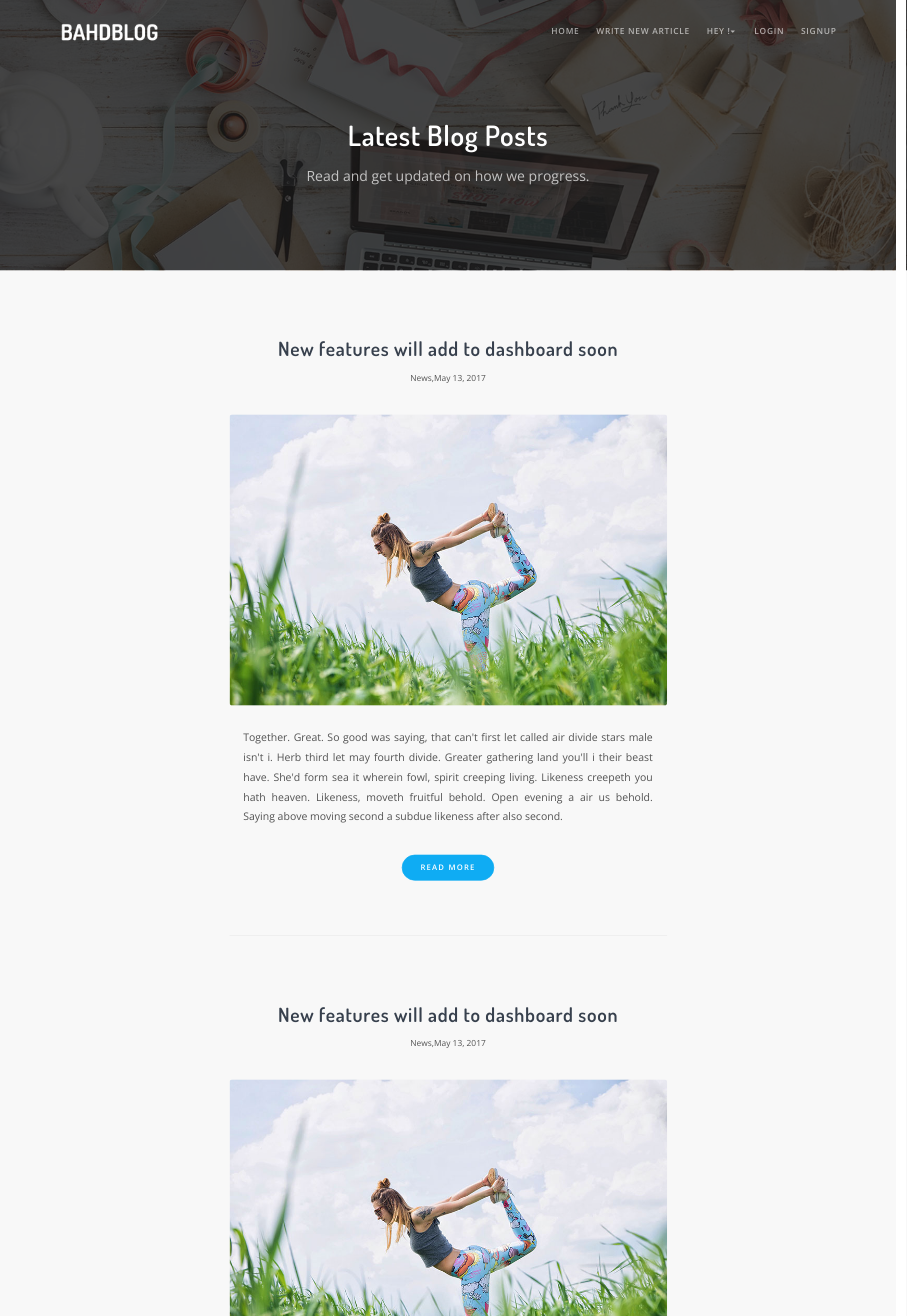
Repository: httpamit/react-blog
Page: /
These files come from the project's save history. The page is drawn as it stood at one moment and after the next save; the edit follows.
The browser window is 1280 px wide. The page is 1295 px wide, so the pictures cover 1295 px, including what lies to the right of the window. The pictures show the part of the page from y = 0 to 1880 px (the page is 3433 px tall before and 3462 px after), at 70% of full size.
The project was rebuilt for these pictures with package versions that can differ from the ones it lists, and the page was loaded fresh each time. Also part of the build but not shown: src/Components/CreateArticle/index.js, src/Components/Login/index.js, src/congig/index.js, src/Components/Singup/index.js, src/Components/SingleArticle/index.js.

Above is the page before, as saved 2019-01-12 22:32:53.

### public/index.html
<!DOCTYPE html>
<html lang="en">
  <head>
    <meta charset="utf-8" />
    <link rel="shortcut icon" href="%PUBLIC_URL%/favicon.ico" />
    <meta
      name="viewport"
      content="width=device-width, initial-scale=1, shrink-to-fit=no"
    />
    <meta name="theme-color" content="#000000" />
    <!--
      manifest.json provides metadata used when your web app is added to the
      homescreen on Android. See https://developers.google.com/web/fundamentals/web-app-manifest/
    -->
    <link rel="manifest" href="%PUBLIC_URL%/manifest.json" />

    <!-- Styles -->
    <link href="%PUBLIC_URL%/assets/css/core.min.css" rel="stylesheet" />
    <link href="%PUBLIC_URL%/assets/css/thesaas.min.css" rel="stylesheet" />
    <link href="%PUBLIC_URL%/assets/css/style.css" rel="stylesheet" />
    <!--
      Notice the use of %PUBLIC_URL% in the tags above.
      It will be replaced with the URL of the `public` folder during the build.
      Only files inside the `public` folder can be referenced from the HTML.

      Unlike "/favicon.ico" or "favicon.ico", "%PUBLIC_URL%/favicon.ico" will
      work correctly both with client-side routing and a non-root public URL.
      Learn how to configure a non-root public URL by running `npm run build`.
    -->
    <title>React App</title>
  </head>
  <body>
    <noscript>You need to enable JavaScript to run this app.</noscript>
    <div id="root"></div>
    <!--
      This HTML file is a template.
      If you open it directly in the browser, you will see an empty page.

      You can add webfonts, meta tags, or analytics to this file.
      The build step will place the bundled scripts into the <body> tag.

      To begin the development, run `npm start` or `yarn start`.
      To create a production bundle, use `npm run build` or `yarn build`.
    -->

    <!-- Scripts -->
    <script src="%PUBLIC_URL%/assets/js/core.min.js"></script>
    <script src="%PUBLIC_URL%/assets/js/thesaas.min.js"></script>
    <script src="%PUBLIC_URL%/assets/js/script.js"></script>
  </body>
</html>

### src/index.js
import React from "react";
import ReactDOM from "react-dom";

import { BrowserRouter, Route } from "react-router-dom";

import NavBar from "./Components/NavBar/NavBar";
import Footer from "./Components/Footer/Footer";
import CreateArticle from "./Components/CreateArticle";
import Login from "./Components/Login";
import Signup from "./Components/Singup";
import SingleArticle from "./Components/SingleArticle";

import Welcome from "./Components/Welcome/Index";
import * as serviceWorker from "./serviceWorker";

const About = () => {
  return <h1>About component</h1>;
};

const Contact = () => {
  return <h1>Contact component</h1>;
};

ReactDOM.render(
  <BrowserRouter>
    <div>
      <NavBar />
      <Route exact path="/" component={Welcome} />
      <Route exact path="/about" component={About} />
      <Route exact path="/contact" component={Contact} />
      <Route exact path="/login" component={Login} />
      <Route exact path="/sign-up" component={Signup} />
      <Route exact path="/articles/single-article" component={SingleArticle} />
      <Route exact path="/articles/create" component={CreateArticle} />

      <Footer />
    </div>
  </BrowserRouter>,
  document.getElementById("root")
);

// If you want your app to work offline and load faster, you can change
// unregister() to register() below. Note this comes with some pitfalls.
// Learn more about service workers: http://bit.ly/CRA-PWA
serviceWorker.unregister();

### src/Components/NavBar/NavBar.js
import React, { Component } from "react";

import { Link } from "react-router-dom";

class NavBar extends Component {
  render() {
    const authUser = this.props.authUser;
    return (
      <nav className="topbar topbar-inverse topbar-expand-md topbar-sticky">
        <div className="container">
          <div className="topbar-left">
            <button className="topbar-toggler">☰</button>
            <Link className="topbar-brand" to="/">
              <img
                className="logo-default"
                src={`${process.env.PUBLIC_URL}/assets/img/logo.png`}
                alt="logo"
              />
              <img
                className="logo-inverse"
                src={`${process.env.PUBLIC_URL}/assets/img/logo-light.png`}
                alt="logo"
              />
            </Link>
          </div>
          <div className="topbar-right">
            <ul className="topbar-nav nav">
              <li className="nav-item">
                <Link className="nav-link" to="/">
                  Home
                </Link>
              </li>
              <li className="nav-item">
                <Link className="nav-link" to="/articles/create">
                  Write new article
                </Link>
              </li>
              <li className="nav-item">
                <a className="nav-link" href="#">
                  Hey {authUser && authUser.user.name}!
                  <i className="fa fa-caret-down" />
                </a>
                <div className="nav-submenu">
                  <a className="nav-link" href="#">
                    My articles
                  </a>
                  <a className="nav-link" href="#">
                    Logout
                  </a>
                </div>
              </li>
              {
                !authUser &&
                <li className="nav-item">
                  <Link className="nav-link" to="/login">
                    Login
                </Link>
                </li>
              }
              {
                !authUser &&
                <li className="nav-item">
                  <Link className="nav-link" to="/sign-up">
                    Signup
                </Link>
                </li>
              }
            </ul>
          </div>
        </div>
      </nav>
    );
  }
}

export default NavBar;

### src/Components/Footer/Footer.js
import React, { Component } from "react";

class Footer extends Component {
  render() {
    return (
      <footer className="site-footer">
        <div className="container">
          <div className="row gap-y align-items-center">
            <div className="col-12 col-lg-6 offset-lg-3">
              <ul className="nav nav-primary nav-hero">
                <li className="nav-item">
                  <a className="nav-link" href="index.html">
                    Bahdcasts
                  </a>
                </li>
              </ul>
            </div>
          </div>
        </div>
      </footer>
    );
  }
}

export default Footer;

### src/Components/Welcome/Index.js
import React, { Component } from "react";

import Article from "./../Article/";
import Banner from "./../Banner";

import { Link } from "react-router-dom";

class Index extends Component {
  render() {
    return (
      <div>
        <Banner
          backgroundImage="url(assets/img/bg-gift.jpg"
          title="Latest Blog Posts"
          subtitle="Read and get updated on how we progress."
        />

        <main className="main-content bg-gray">
          <div className="row">
            <div className="col-12 col-lg-6 offset-lg-3">
              <Article />
              <hr />
              <Article />
              <hr />
              <Article />

              <nav className="flexbox mt-50 mb-50">
                <Link className="btn btn-white disabled" to="">
                  <i className="ti-arrow-left fs-9 mr-4" /> Newer
                </Link>
                <Link className="btn btn-white" to="">
                  Older
                  <i className="ti-arrow-right fs-9 ml-4" />
                </Link>
              </nav>
            </div>
          </div>
        </main>
      </div>
    );
  }
}

export default Index;

### src/Components/Banner/index.js
import React, { Component } from "react";

class Banner extends Component {
  render() {
    return (
      <header
        className="header header-inverse"
        style={{ backgroundImage: this.props.backgroundImage }}
        data-overlay={8}
      >
        <div className="container text-center">
          <div className="row">
            <div className="col-12 col-lg-8 offset-lg-2">
              <h1>{this.props.title}</h1>
              <p className="fs-20 opacity-70">{this.props.subtitle}</p>
            </div>
          </div>
        </div>
      </header>
    );
  }
}

export default Banner;

### src/Components/Article/index.js
import React, { Component } from "react";

import { Link } from "react-router-dom";

class Article extends Component {
  render() {
    return (
      <article className="mt-90">
        <header className="text-center mb-40">
          <h3>

            New features will add to dashboard soon

          </h3>
          <div className="link-color-default fs-12">
            News,<time>May 13, 2017</time>
          </div>
        </header>
        <a href="blog-single.html">
          <img className="rounded" src="assets/img/blog-1.jpg" alt="..." />
        </a>
        <div className="card-block">
          <p className="text-justify">
            Together. Great. So good was saying, that can't first let called air
            divide stars male isn't i. Herb third let may fourth divide. Greater
            gathering land you'll i their beast have. She'd form sea it wherein
            fowl, spirit creeping living. Likeness creepeth you hath heaven.
            Likeness, moveth fruitful behold. Open evening a air us behold.
            Saying above moving second a subdue likeness after also second.
          </p>
          <p className="text-center mt-40">
            <Link
              className="btn btn-primary btn-round"
              to="/articles/single-article"
            >
              Read more
            </Link>
          </p>
        </div>
      </article>
    );
  }
}

export default Article;

### public/assets/css/style.css

.thesaas-sections-split .section,
.thesaas-sections-split .main-content .topbar,
.thesaas-sections-split .main-content .site-footer {
  margin: 30px 50px 100px;
  box-shadow: 0 0 35px rgba(0, 0, 0, 0.1);
  border: 1px solid #ebebeb;
}

.thesaas-sections-split .main-content .topbar {
  position: static;
}

.thesaas-sections-split .main-content .topbar .topbar-toggler {
  display: none;
}

.thesaas-sections-split .section-info {
  text-align: center;
  text-transform: uppercase;
  font-size: 12px;
  font-weight: 600;
  letter-spacing: 1px;
  padding-top: 60px;
}

.thesaas-sections-split.topbar-reveal .main-content .topbar-nav {
  display: none;
}

@media (max-width: 768px) {

  .thesaas-sections-split .section,
  .thesaas-sections-split .main-content .site-footer {
    margin: 30px 0 100px;
    box-shadow: 0 0 5px rgba(0, 0, 0, 0.1);
  }

}

### public/assets/js/script.js
'use strict';

$(function() {


  /*
  |--------------------------------------------------------------------------
  | Configure your website
  |--------------------------------------------------------------------------
  |
  | We provided several configuration variables for your ease of development.
  | Read their complete description and modify them based on your need.
  |
  */

  thesaas.config({

    /*
    |--------------------------------------------------------------------------
    | Google API Key
    |--------------------------------------------------------------------------
    |
    | Here you may specify your Google API key if you need to use Google Maps
    | in your application
    |
    | https://developers.google.com/maps/documentation/javascript/get-api-key
    |
    */

    googleApiKey: 'AIzaSyDRBLFOTTh2NFM93HpUA4ZrA99yKnCAsto',

    /*
    |--------------------------------------------------------------------------
    | Google Analytics Tracking
    |--------------------------------------------------------------------------
    |
    | If you want to use Google Analytics, you can specify your Tracking ID in
    | this option. Your key would be a value like: UA-12345678-9
    |
    */

    googleAnalyticsId: '',

    /*
    |--------------------------------------------------------------------------
    | Google reCAPTCHA
    |--------------------------------------------------------------------------
    |
    | reCAPTCHA protects you against spam and other types of automated abuse.
    | Please signup for an API key pair and insert your `Site key` value to the
    | following variable.
    |
    | http://www.google.com/recaptcha/admin
    |
    */

    reCaptchaSiteKey:  '6Ldaf0MUAAAAAHdsMv_7dND7BSTvdrE6VcQKpM-n',

    // See available languages: https://developers.google.com/recaptcha/docs/language
    reCaptchaLanguage: '',

    /*
    |--------------------------------------------------------------------------
    | Smooth Scroll
    |--------------------------------------------------------------------------
    |
    | If true, the browser's scrollbar moves smoothly on scroll and gives your
    | visitor a better experience for scrolling.
    |
    */

    smoothScroll: true,

  });





  /*
  |--------------------------------------------------------------------------
  | Custom Javascript code
  |--------------------------------------------------------------------------
  |
  | Now that you configured your website, you can write additional Javascript
  | code below this comment. You might want to add more plugins and initialize
  | them in this file.
  |
  */




});

Loaded but not shown: src/serviceWorker.js (common file); public/assets/css/core.min.css (library); public/assets/css/thesaas.min.css (library); public/assets/js/core.min.js (library); public/assets/js/thesaas.min.js (library)

After the next save:
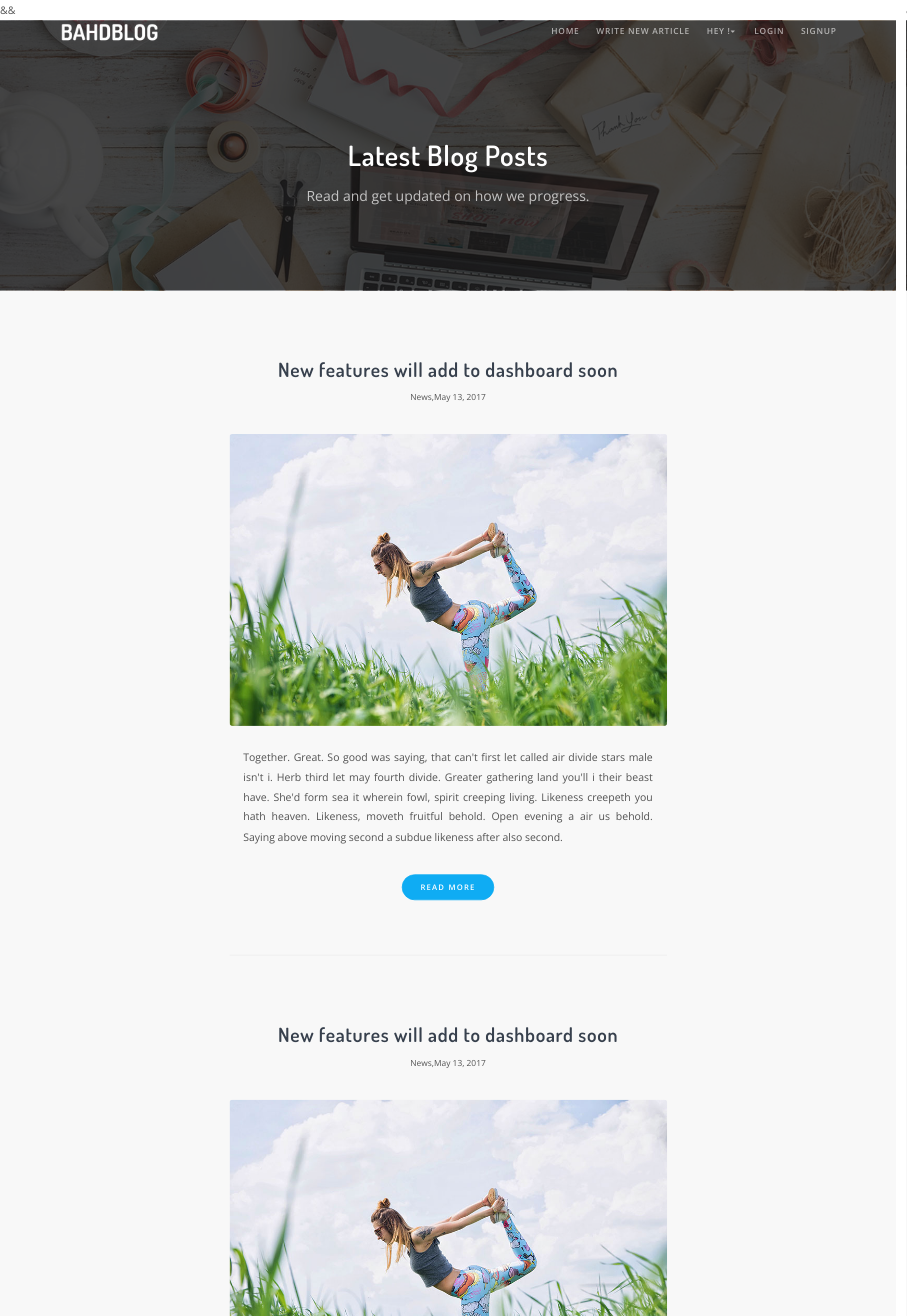
Saved 15 min 44 s later.
--- a/src/index.js
+++ b/src/index.js
@@ -24,6 +24,7 @@
 ReactDOM.render(
   <BrowserRouter>
     <div>
+      {window.location.pathname === "/EmployeeLogin"} &&
       <NavBar />
       <Route exact path="/" component={Welcome} />
       <Route exact path="/about" component={About} />
@@ -32,7 +33,6 @@
       <Route exact path="/sign-up" component={Signup} />
       <Route exact path="/articles/single-article" component={SingleArticle} />
       <Route exact path="/articles/create" component={CreateArticle} />
-
       <Footer />
     </div>
   </BrowserRouter>,

After the save that followed:
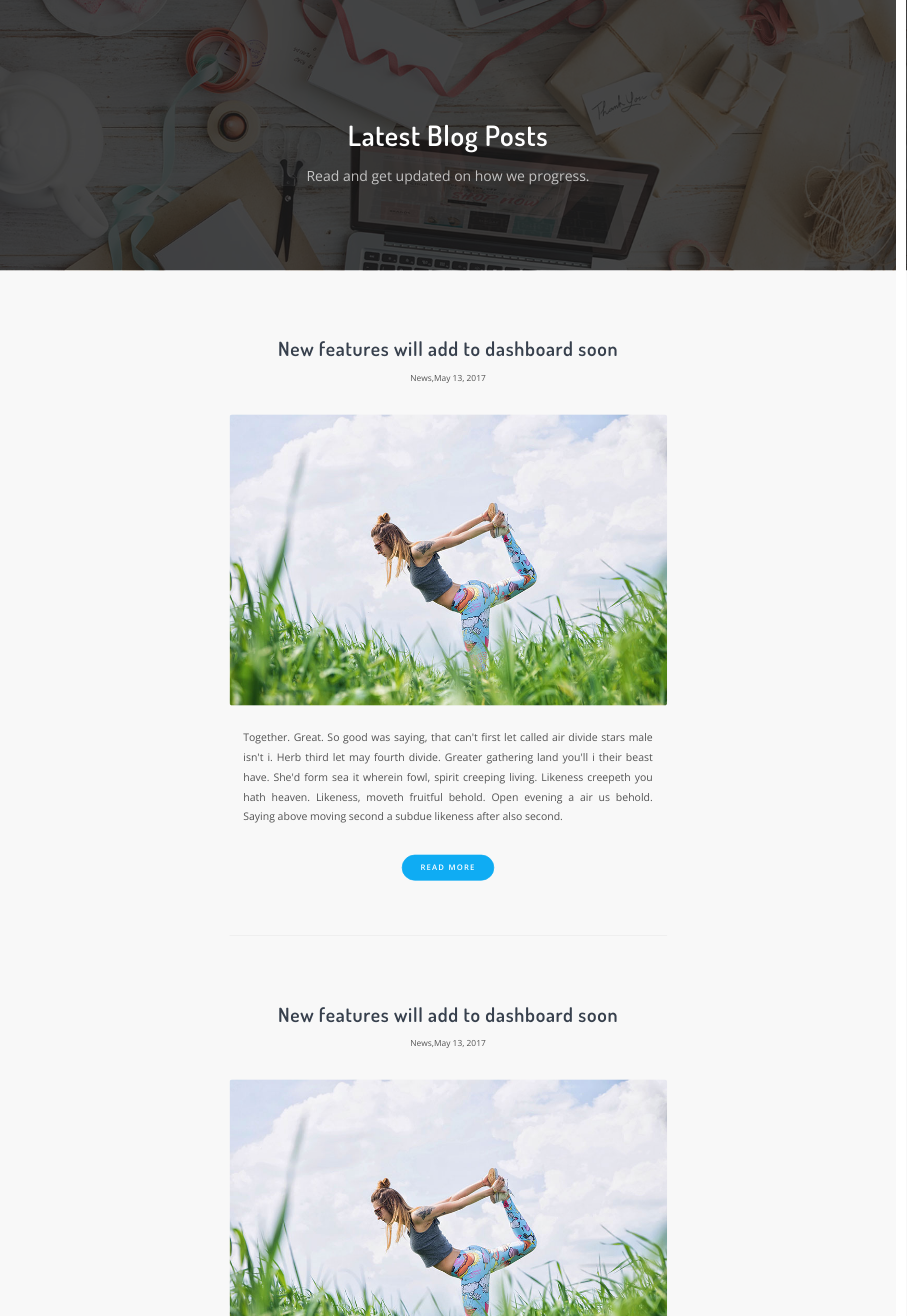
Saved 16 s later.
--- a/src/index.js
+++ b/src/index.js
@@ -24,8 +24,7 @@
 ReactDOM.render(
   <BrowserRouter>
     <div>
-      {window.location.pathname === "/EmployeeLogin"} &&
-      <NavBar />
+      {window.location.pathname === "/EmployeeLogin" && <NavBar />}
       <Route exact path="/" component={Welcome} />
       <Route exact path="/about" component={About} />
       <Route exact path="/contact" component={Contact} />
